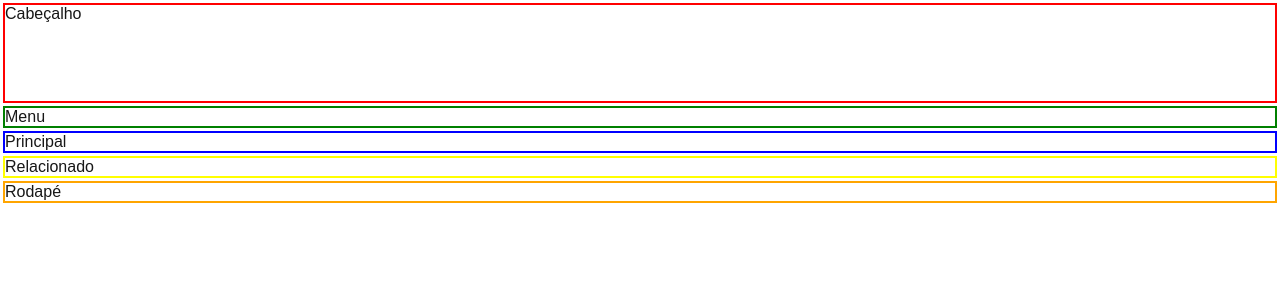
Repository: AleOi3/htmlTemplate
Page: /temp_one
An editor plug-in stored every save of this project. The page is shown before and after the next save, followed by the edit.
The browser window is 1280 px wide. The pictures show the whole page.
The project was rebuilt for these pictures with package versions that can differ from the ones it lists, and the page was loaded fresh each time. The framework's server and built-in components were replaced by stand-ins that run in the browser. Also part of the build but not shown: next.config.ts.

Above is the page before, as saved 2024-12-09 00:29:19.

After the next save:
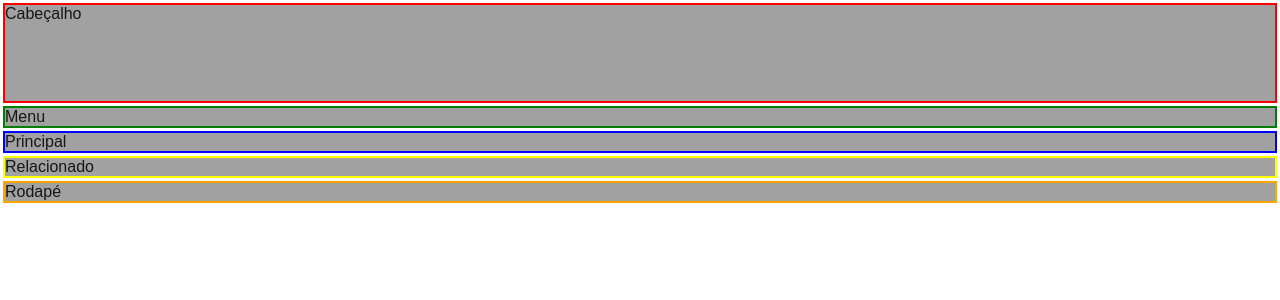
Saved 51 s later.
--- a/src/app/temp_one/page.tsx
+++ b/src/app/temp_one/page.tsx
@@ -4,7 +4,8 @@ const TemplateOnePage = () => {
             border: '2px solid red',
             height: 100,
             margin: 3,
-            display: 'flex'
+            display: 'flex',
+            background: '#a1a1a1'
         }}>
             Cabeçalho
         </header>
@@ -12,25 +13,32 @@ const TemplateOnePage = () => {
             border: '2px solid green',
             margin: 3,
             display: 'flex',
-            flex: '1 1 200px'
+            flex: '1 1 200px',
+            background: '#a1a1a1'
+
         }}>Menu</nav>
         <main style={{
             border: '2px solid blue',
             margin: 3,
             display: 'flex',
-            flex: '1 1 500px'
+            flex: '1 1 500px',
+            background: '#a1a1a1'
 
         }}>Principal</main>
         <aside style={{
             border: '2px solid yellow',
             margin: 3,
             display: 'flex',
-            flex: '1 1 300px'
+            flex: '1 1 300px',
+            background: '#a1a1a1'
+
         }}>Relacionado</aside>
         <footer style={{
             border: '2px solid orange',
             margin: 3,
-            display: 'flex'
+            display: 'flex',
+            background: '#a1a1a1'
+
 
         }}>Rodapé</footer>
 
